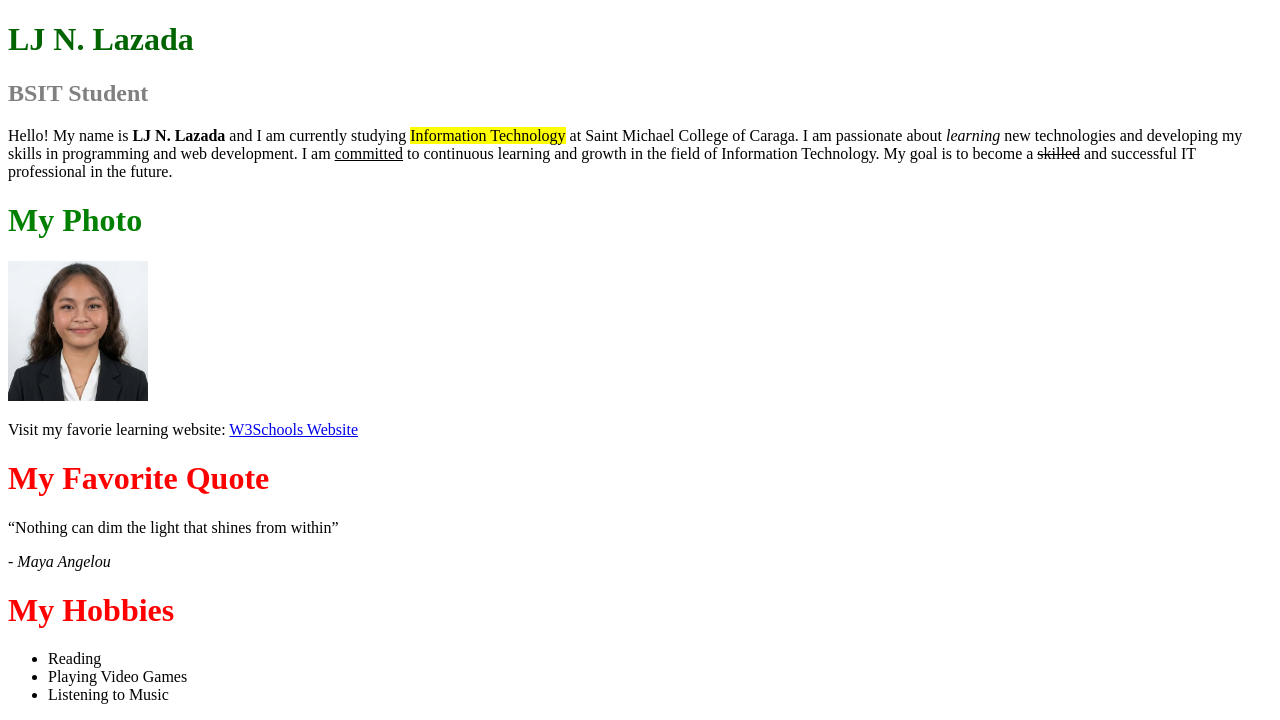
Repository: ljlazada11/myfirsthtml
Page: index.html
An editor plug-in stored every save of this project. The page is shown before and after the next save, followed by the edit.
The browser window is 1280 px wide. The pictures show the whole page.

Above is the page before, as saved 2026-06-24 19:59:36.

After the next save:
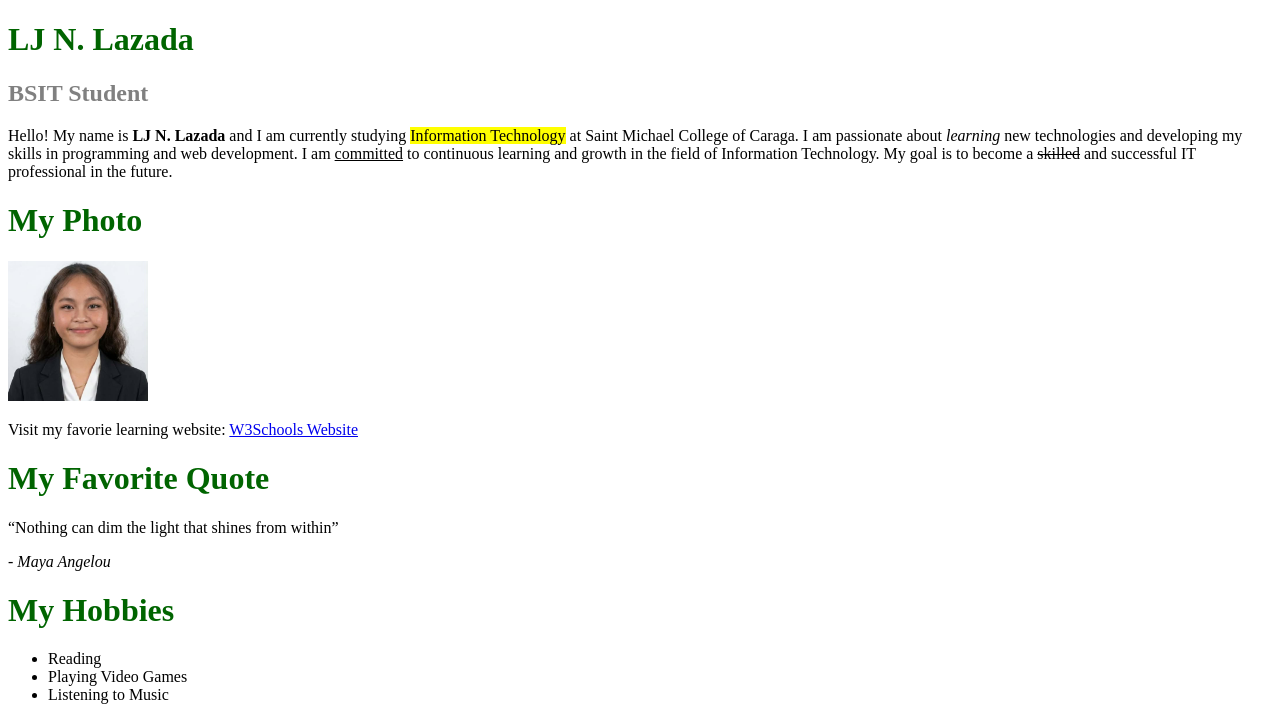
Saved 28 s later.
--- a/index.html
+++ b/index.html
@@ -12,17 +12,17 @@
     <h2 style="color:gray;">BSIT Student</h2>
     <p>Hello! My name is <strong>LJ N. Lazada</strong> and I am currently studying <mark>Information Technology</mark> at Saint Michael College of Caraga. I am passionate about <i>learning</i> new technologies and developing my skills in programming and web development. I am <ins>committed</ins> to continuous learning and growth in the field of Information Technology. My goal is to become a <del>skilled</del> and successful IT professional in the future.</p>
 </body>
-    <h1 style="color:green;">My Photo</h1>
+    <h1 style="color:darkgreen;">My Photo</h1>
     <img src="pic.jpg" alt="My	Profile	Picture" width="140" height="140">
     <p> Visit my favorie learning website: <a href="https://www.w3schools.com/html/default.asp" target="_blank">W3Schools	Website</a></p>
 
 <body>
-    <h1 style="color:red;">My Favorite Quote</h1>
+    <h1 style="color:darkgreen;">My Favorite Quote</h1>
     <p><q>Nothing can dim the light that shines from within</q></p>
     <p><cite>- Maya Angelou</cite></p>
 </body>
 <body>
-    <h1 style="color:red">My Hobbies</h1>
+    <h1 style="color:darkgreen">My Hobbies</h1>
     <ul>
         <li>Reading</li>
         <li>Playing Video Games</li>
